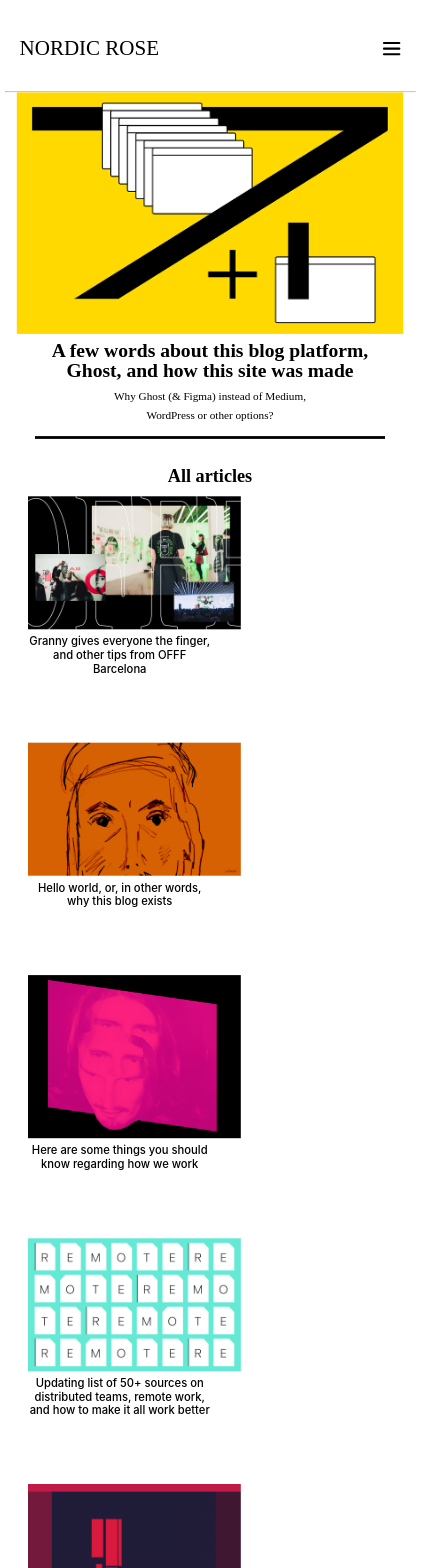
Repository: ThuTrang-jvb/JVB-BT1
Page: Page 2/listing.html
The author's editor kept a copy of each file at every save. The page is drawn from the files as they stood at one save, then again after a run of saves.
The browser window is 600 px wide. The page is 608 px wide, then 624 px, so the pictures cover 624 px, including what lies to the right of the window. The pictures show the part of the page from y = 0 to 2240 px (the page is 3199 px tall before and 3229 px after), at 70% of full size.

Above is the page before, as saved 2025-06-26 15:13:03.

After the next 3 saves:
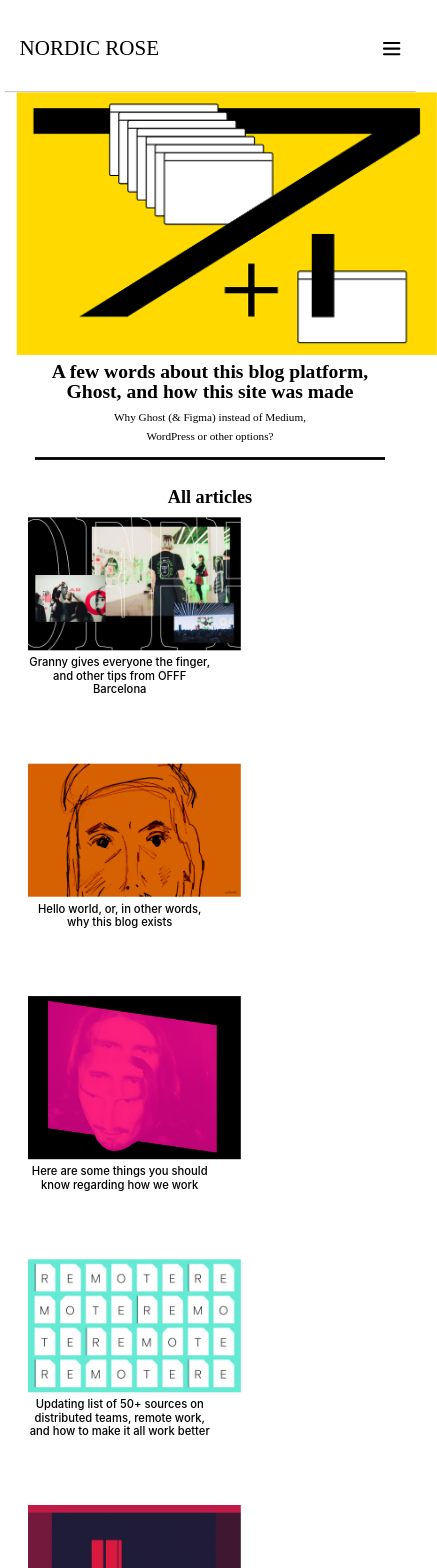
The 3 saves are shown as one change because they came seconds apart.
The last was saved 100 s later.
--- a/Page 2/styleListing.css
+++ b/Page 2/styleListing.css
@@ -207,7 +207,7 @@ hr {
     }
 
     .title img {
-        width: 100%;
+        width: 100vw;
         height: auto;
         display: block;
         margin: 0 auto;
